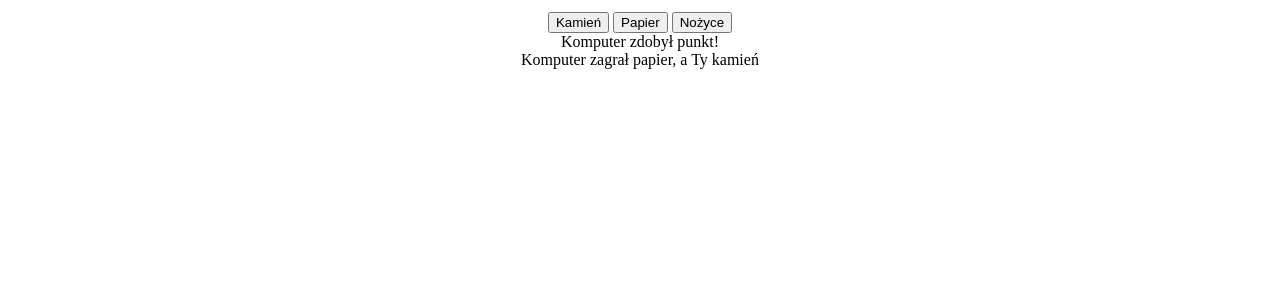
Repository: ulasup/javascript-prework
Page: index.html
The author's editor kept a copy of each file at every save. The page is drawn from the files as they stood at one save, then again after the next save.
The browser window is 1280 px wide. The pictures show the whole page.
After loading, the first visible `#button-rock` was clicked once.

Above is the page before, as saved 2020-12-11 22:15:46.

After the next save:
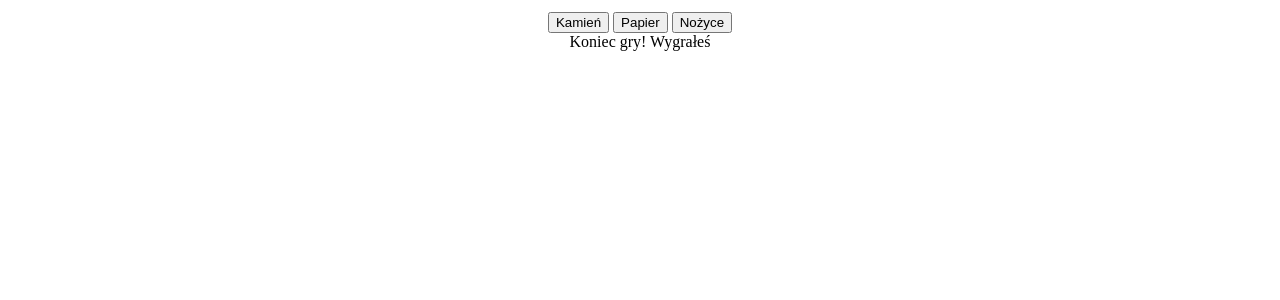
Saved 116 s later.
--- a/js/script.js
+++ b/js/script.js
@@ -49,10 +49,10 @@
   randomNumber = Math.floor(Math.random() * 3 + 1);
   computerMove = getMoveName(randomNumber);
 
-  if (playerScore == 3) {
+  if (playerScore = 3) {
     printMessage('Koniec gry! Wygrałeś');
   }
-  else if (computerScore == 3) {
+  else if (computerScore = 3) {
     printMessage('Koniec gry! Przegrałeś :(');
   }
   else displayResult(playerMove, computerMove);

After the save that followed:
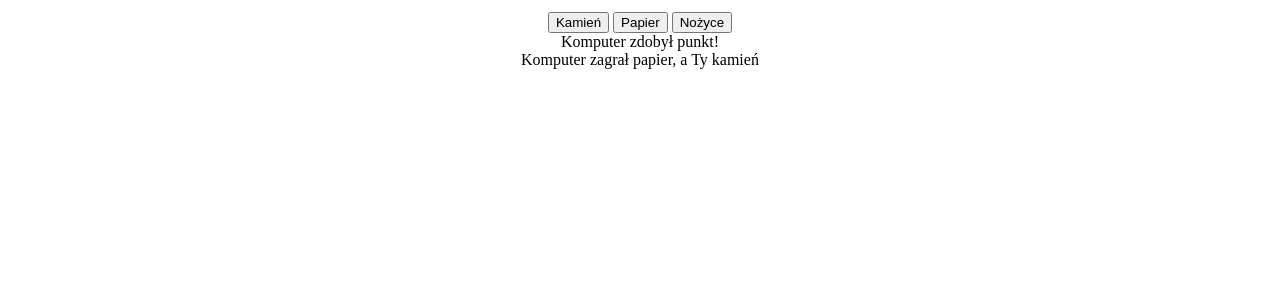
Saved 45 s later.
--- a/js/script.js
+++ b/js/script.js
@@ -24,22 +24,22 @@
   function displayResult(argPlayerMove, argComputerMove) {
     clearMessages();
     if (argPlayerMove == 'papier' && argComputerMove == 'kamień') {
-      playerScore +=1;
+      playerScore += 1;
       printMessage('Brawo! Zdobywasz punkt!');
     }
     else if (argPlayerMove == 'kamień' && argComputerMove == 'nożyce') {
-      playerScore +=1;
+      playerScore += 1;
       printMessage('Brawo! Zdobywasz punkt!');
     }
     else if (argPlayerMove == 'nożyce' && argComputerMove == 'papier') {
-      playerScore +=1;
+      playerScore += 1;
       printMessage('Brawo! Zdobywasz punkt!');
     }
     else if (argPlayerMove == argComputerMove) {
       printMessage('Remis!');
     }
     else {
-      computerScore +=1;
+      computerScore += 1;
       printMessage('Komputer zdobył punkt!');
     }
     printMessage('Komputer zagrał ' + argComputerMove + ', a Ty ' + argPlayerMove);
@@ -49,10 +49,10 @@
   randomNumber = Math.floor(Math.random() * 3 + 1);
   computerMove = getMoveName(randomNumber);
 
-  if (playerScore = 3) {
+  if (playerScore == 3) {
     printMessage('Koniec gry! Wygrałeś');
   }
-  else if (computerScore = 3) {
+  else if (computerScore == 3) {
     printMessage('Koniec gry! Przegrałeś :(');
   }
   else displayResult(playerMove, computerMove);
